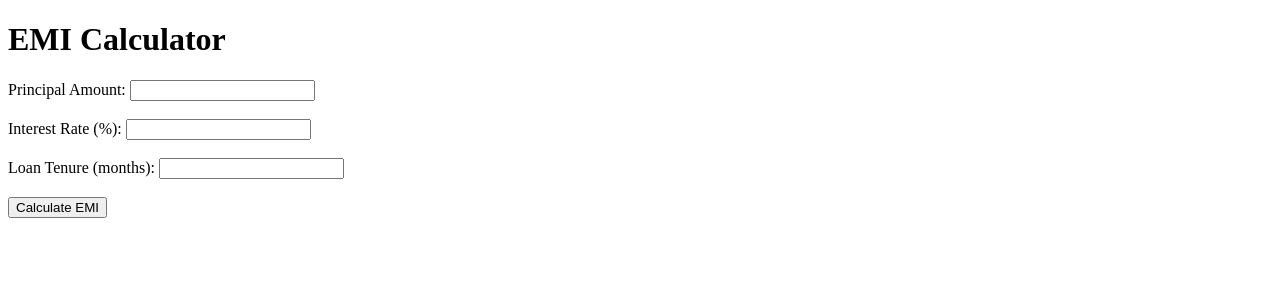
Repository: Bhavyamishra01/Bhavya_20136529
Page: Quest3/src/main/webapp/Emi.html
An editor plug-in stored every save of this project. The page is shown before and after the next save, followed by the edit.
The browser window is 1280 px wide. The pictures show the whole page.

Above is the page before, as saved 2023-07-11 07:34:12.

After the next save:
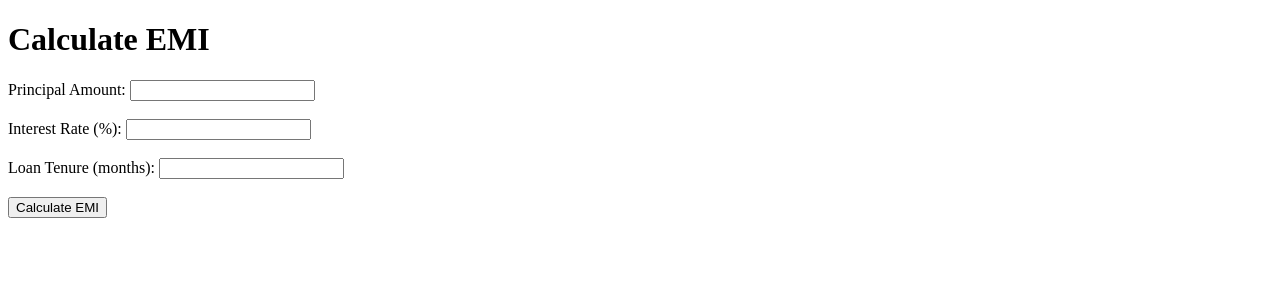
Saved 83 s later.
--- a/Quest3/src/main/webapp/Emi.html
+++ b/Quest3/src/main/webapp/Emi.html
@@ -1,10 +1,10 @@
 <!DOCTYPE html>
 <html>
 <head>
-<title>EMI Calculator</title>
+<title>Calculate EMI</title>
 </head>
 <body>
-<h1>EMI Calculator</h1>
+<h1>Calculate EMI</h1>
 <form action="Emi.jsp" method="post">
 <label for="principal">Principal Amount:</label>
 <input type="number" id="principal" name="principal" required><br><br>
